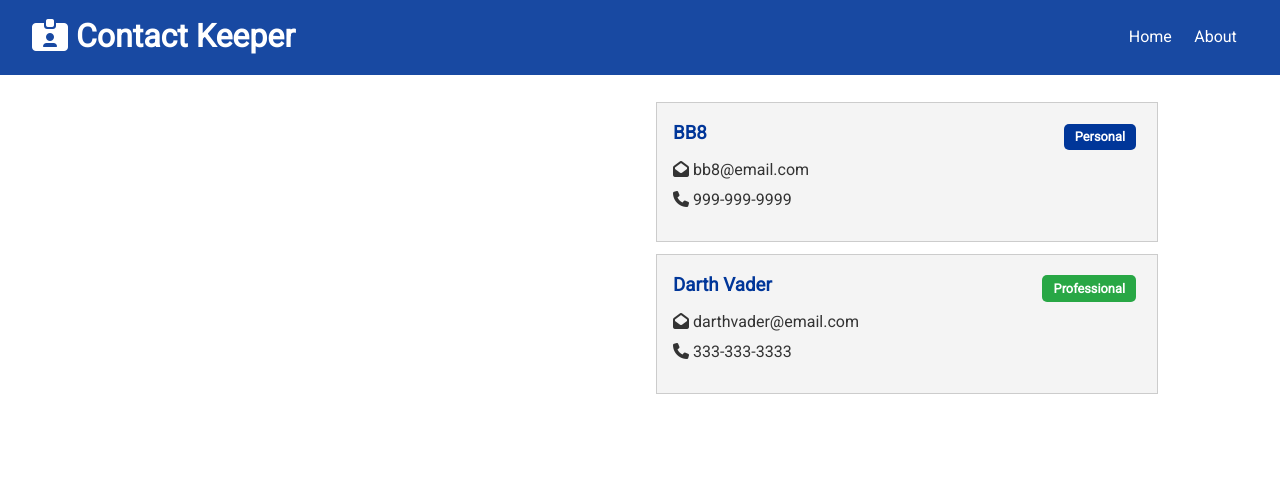
Repository: mjcanon4/contact-keeper
Page: / (app in client/)
The author's editor kept a copy of each file at every save. The page is drawn from the files as they stood at one save, then again after the next save.
The browser window is 1280 px wide. The pictures show the whole page.
Some web libraries are served in a nearby version. The project was rebuilt for these pictures with package versions that can differ from the ones it lists, and the page was loaded fresh each time. A package was used in the major version that the imports need, not the one package.json lists. Also part of the build but not shown: client/src/components/pages/About.js.

Above is the page before, as saved 2021-08-17 20:27:09.

After the next save:
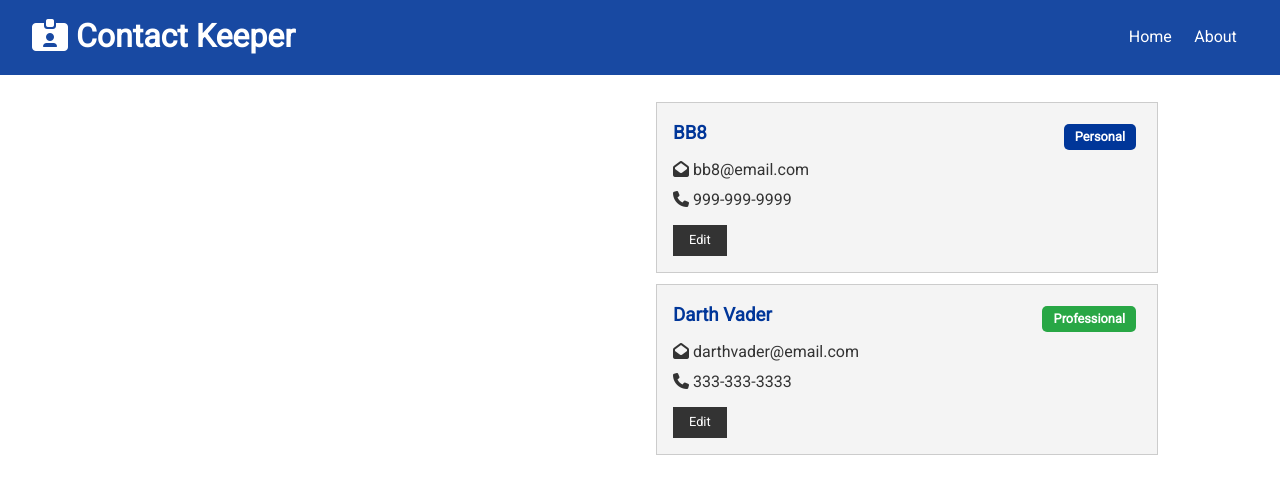
Saved 33 s later.
--- a/client/src/components/contacts/ContactItem.js
+++ b/client/src/components/contacts/ContactItem.js
@@ -29,6 +29,9 @@ const ContactItem = ({ contact }) => {
           </li>
         )}
       </ul>
+      <p>
+        <button className="btn btn-dark btn-sm">Edit</button>
+      </p>
     </div>
   );
 };
